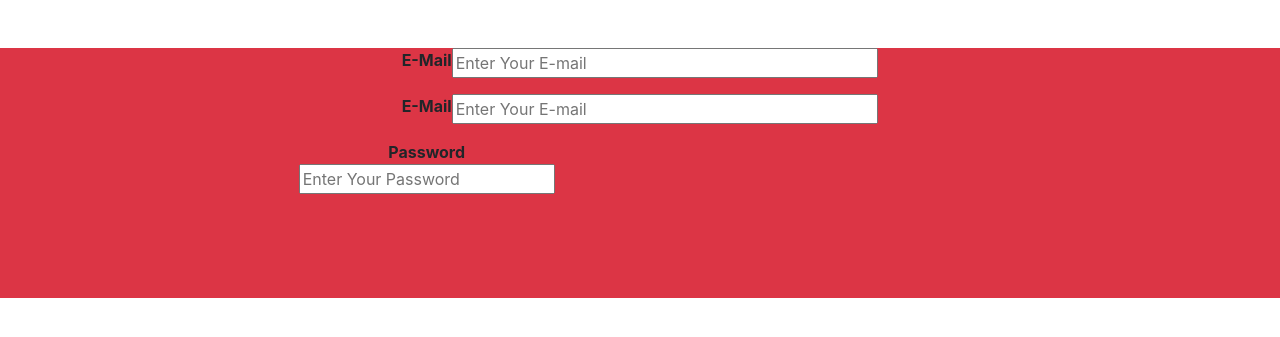
Repository: mariamkhaledsapra/E-Commerce-main
Page: /login
An editor plug-in stored every save of this project. The page is shown before and after the next save, followed by the edit.
The browser window is 1280 px wide. The pictures show the whole page.
The project was rebuilt for these pictures with package versions that can differ from the ones it lists, and the page was loaded fresh each time. Also part of the build but not shown: src/components/Navbar.jsx.

Above is the page before, as saved 2024-02-13 21:39:29.

### public/index.html
<!DOCTYPE html>
<html lang="en">
  <head>
    <meta charset="utf-8" />
    <link rel="icon" href="%PUBLIC_URL%/favicon.ico" />
    <meta name="viewport" content="width=device-width, initial-scale=1" />
    <meta name="theme-color" content="#000000" />
    <meta
      name="description"
      content="Web site created using create-react-app"
    />
    <link href="https://cdn.jsdelivr.net/npm/bootstrap@5.1.3/dist/css/bootstrap.min.css" rel="stylesheet" integrity="sha384-1BmE4kWBq78iYhFldvKuhfTAU6auU8tT94WrHftjDbrCEXSU1oBoqyl2QvZ6jIW3" crossorigin="anonymous">

    <title>React App</title>
  </head>
  <body>
    <div id="root"></div>
  </body>
</html>

### src/index.js
import React from "react";
import ReactDOM from "react-dom/client";
import "./index.css";
import App from "./App";
import reportWebVitals from "./reportWebVitals";
import { createBrowserRouter, RouterProvider } from "react-router-dom";
import Login from "./components/Login";
import Navbar from "./components/Navbar";

const Routes = createBrowserRouter([
  {
    path: "/",
    element: <App />,
    children: [
      {
        index:true,
        element: <Navbar />,
      },
      {
        path: "/login",
        element: <Login />,
      },
    ],
  },
]);

const root = ReactDOM.createRoot(document.getElementById("root"));
root.render(
  <RouterProvider router={Routes}>
    <App />
  </RouterProvider>
);

reportWebVitals();

### src/App.js
import logo from './logo.svg';
import './App.css';
import Navbar from './components/Navbar';
import { Outlet } from 'react-router-dom';

function App() {
  return (
    <div className="App">
      <Outlet/>
    </div>
  );
}

export default App;

### src/components/Login.jsx
import React from "react";

const Login = () => {
  return (
    <div className="bg-danger  mt-5" style={{ height: "250px" }}>
      {" "}
      <div className="mb-3  d-flex justify-content-center">
        <label className="fw-bolder">E-Mail</label>
        <div className="col-4">
          <input type="email" placeholder="Enter Your E-mail" className={"w-100"}/>
        </div>
      </div>
      <div className="mb-3  d-flex justify-content-center">
        <label className="fw-bolder">E-Mail</label>
        <div className="col-4">
          <input type="email" placeholder="Enter Your E-mail" className={"w-100"}/>
        </div>
      </div>
      <div className="  col-8">
        <label className="col-sm-2  fw-bolder">Password</label>
        <div>
          <input type="password" placeholder="Enter Your Password" />
        </div>
      </div>
    </div>
  );
};

export default Login;

Loaded but not shown: src/index.css (common file); src/reportWebVitals.js (common file); src/App.css (common file)

After the next save:
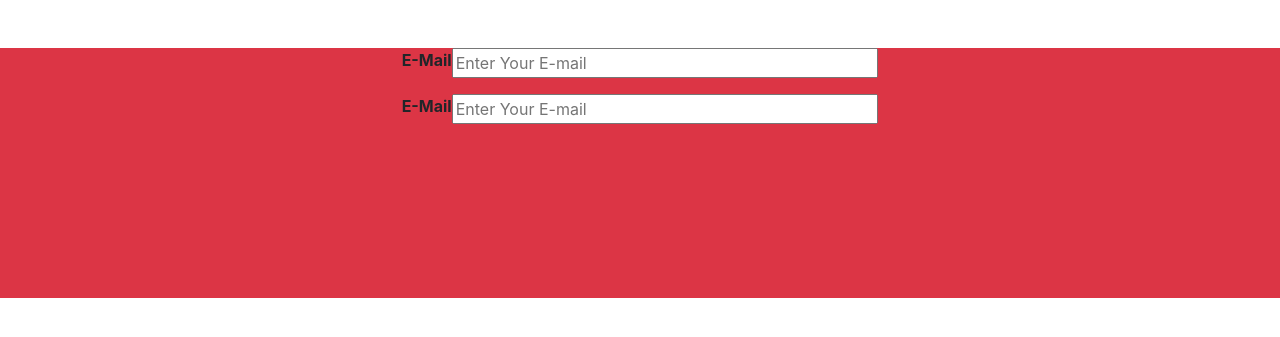
Saved 4 s later.
--- a/src/components/Login.jsx
+++ b/src/components/Login.jsx
@@ -16,12 +16,7 @@ const Login = () => {
           <input type="email" placeholder="Enter Your E-mail" className={"w-100"}/>
         </div>
       </div>
-      <div className="  col-8">
-        <label className="col-sm-2  fw-bolder">Password</label>
-        <div>
-          <input type="password" placeholder="Enter Your Password" />
-        </div>
-      </div>
+
     </div>
   );
 };
